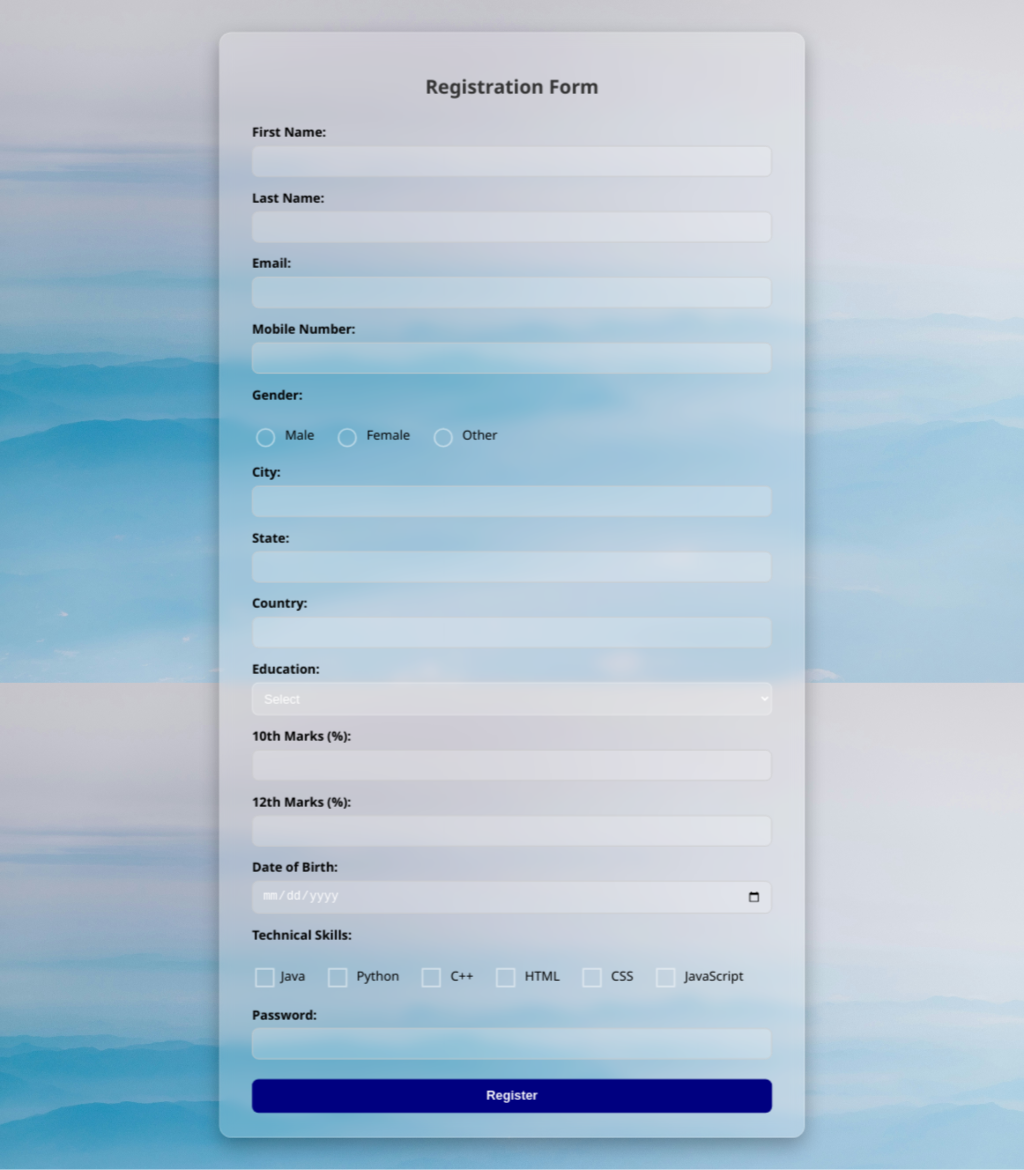
Repository: aboli-vyas/Servlet_Projects
Page: http://localhost/Sevlet_Project/Registration.html
An editor plug-in stored every save of this project. The page is shown before and after the next save, followed by the edit.
The browser window is 1280 px wide. The pictures show the whole page, at 80% of full size.
The pointer rests on the first visible `button`.
Backgrounds fixed to the window are drawn as part of the page. The page is served by Tomcat 9. Other server files are loaded and not shown.

Above is the page before, as saved 2025-06-07 04:11:30.

### Sevlet_Project/src/main/webapp/Registration.html
<!DOCTYPE html>
<html lang="en">
<head>
<meta charset="UTF-8">
<title>Registration Form</title>
<link rel="stylesheet" href="style.css">
</head>
<body>
	<form action="#" method="post">
		<div class="form-container">
			<h2>Registration Form</h2>

			<label for="firstname">First Name:</label>
			<input type="text" id="firstname" name="firstname" required>
			<label for="lastname">Last Name:</label>
			<input type="text" id="lastname" name="lastname" required>
			<label for="email">Email:</label>
			<input type="email" id="email" name="email" required>
			<label for="mobile">Mobile Number:</label>
			<input type="tel" id="mobile" name="mobile" required pattern="[0-9]{10}">
			<label>Gender:</label>
			<div class="gender">
				<label><input type="radio" name="gender" value="Male"
					required> Male</label> <label><input type="radio"
					name="gender" value="Female"> Female</label> <label><input
					type="radio" name="gender" value="Other"> Other</label>
			</div>

			<label for="city">City:</label>
			<input type="text" id="city" name="city" required>
			<label for="state">State:</label>
			<input type="text" id="state" name="state" required>
			<label for="country">Country:</label>
			<input type="text" id="country" name="country" required>
			<label for="education">Education:</label>
			<select id="education" name="education" required>
				<option value="">Select</option>
				<option value="High School">High School</option>
				<option value="Diploma">Diploma</option>
				<option value="Undergraduate">Undergraduate</option>
				<option value="Postgraduate">Postgraduate</option>
			</select>
			 <label for="tenth">10th Marks (%):</label>
			 <input type="number" id="tenth" name="tenth" required>
			 <label for="twelfth">12th Marks (%):</label>
			 <input type="number" id="twelfth" name="twelfth" required>

			<label for="dob">Date of Birth:</label>
			<input type="date" id="dob" name="dob" required>
			<label>Technical Skills:</label>
			<div class="checkbox-group">
				<label><input type="checkbox" name="skills" value="Java">Java</label> <label>
					<input type="checkbox" name="skills" value="Python"> Python</label>
					<label><input type="checkbox" name="skills" value="C++"> C++</label>
					<label><input type="checkbox" name="skills" value="HTML"> HTML</label>
					<label><input
					type="checkbox" name="skills" value="CSS"> CSS</label> <label><input
					type="checkbox" name="skills" value="JavaScript">
					JavaScript</label>
			</div>

			<label for="password">Password:</label> <input type="password"
				id="password" name="password" required>

			<button type="submit">Register</button>
		</div>
	</form>


</body>
</html>

### Sevlet_Project/src/main/webapp/style.css
body {
    font-family: 'Segoe UI', Tahoma, Geneva, Verdana, sans-serif;
    background: linear-gradient(120deg, #f6f9fc, #e0f7fa);
    background-image: url("Images/bg.jpg");
    background-size: cover;
    background-position: center;
    background-repeat: no-repeat;
    background-attachment: fixed;
    margin: 0;
    padding: 40px;
}

.form-container {
    max-width: 650px;
    margin: auto;
    padding: 30px 40px;
    border-radius: 15px;
    background-color: rgba(255, 255, 255, 0.2); /* light, soft transparency */
    color: #fff; /* Make text readable */
    box-shadow: 0 10px 25px rgba(0, 0, 0, 0.3);
    backdrop-filter: blur(8px); /* subtle blur for modern effect */
    -webkit-backdrop-filter: blur(8px); /* for Safari */
    border: 1px solid rgba(255, 255, 255, 0.3);
}

h2 {
    text-align: center;
    color: #333;
    margin-bottom: 30px;
}

form label {
    display: block;
    margin-top: 15px;
    font-weight: 600;
    color: black;
}

input[type="text"],
input[type="email"],
input[type="tel"],
input[type="number"],
input[type="date"],
input[type="password"],
select {
    width: 100%;
    padding: 10px 12px;
    margin-top: 6px;
    border: 1px solid #ccc;
    border-radius: 8px;
    box-sizing: border-box;
    font-size: 15px;
    transition: border 0.3s;
}

input:focus, select:focus {
    border-color: #00796b;
    outline: none;
}
input, select, textarea {
  background-color: rgba(255, 255, 255, 0.2);  /* semi-transparent white */
  border: 1px solid rgba(255, 255, 255, 0.4);  /* light border */
  color: #fff;                                  /* white text for readability */
  padding: 10px;
  border-radius: 8px;
  outline: none;
  font-size: 16px;
}

input::placeholder, textarea::placeholder {
  color: rgba(255, 255, 255, 0.7);             /* lighter placeholder text */
}


.gender,
.checkbox-group {
    margin-top: 8px;
    padding: 5px 0;
}

.gender label,
.checkbox-group label {
    display: inline-block;
    margin-right: 20px;
    font-weight: normal;
}

button {
    margin-top: 25px;
    width: 100%;
    padding: 12px;
    background: #3f0a9b ;
    color: white;
    border: none;
    font-size: 16px;
    font-weight: bold;
    border-radius: 8px;
    cursor: pointer;
    transition: background 0.3s;
}

button:hover {
    background: navy;
}
/* Hide native input */
input[type="checkbox"],
input[type="radio"] {
  appearance: none;
  -webkit-appearance: none;
  -moz-appearance: none;
  width: 20px;
  height: 20px;
  border: 2px solid rgba(255, 255, 255, 0.5); /* semi-transparent border */
  background-color: transparent;
  cursor: pointer;
  border-radius: 0; /* square for checkbox */
  position: relative;
  vertical-align: middle;
  margin-right: 8px;
}

/* Make radio buttons circular */
input[type="radio"] {
  border-radius: 50%;
}

/* Checked state styling */
input[type="checkbox"]:checked {
  background-color: rgba(255, 255, 255, 0.7); /* visible fill */
  border-color: rgba(255, 255, 255, 0.7);
}

/* For radio, show inner circle on checked */
input[type="radio"]:checked {
  background-color: rgba(255, 255, 255, 0.7);
  border-color: rgba(255, 255, 255, 0.7);
}

input[type="radio"]:checked::after {
  content: "";
  display: block;
  width: 10px;
  height: 10px;
  background: rgba(0, 0, 0, 0.8);
  border-radius: 50%;
  position: absolute;
  top: 4px;
  left: 4px;
}

After the next save:
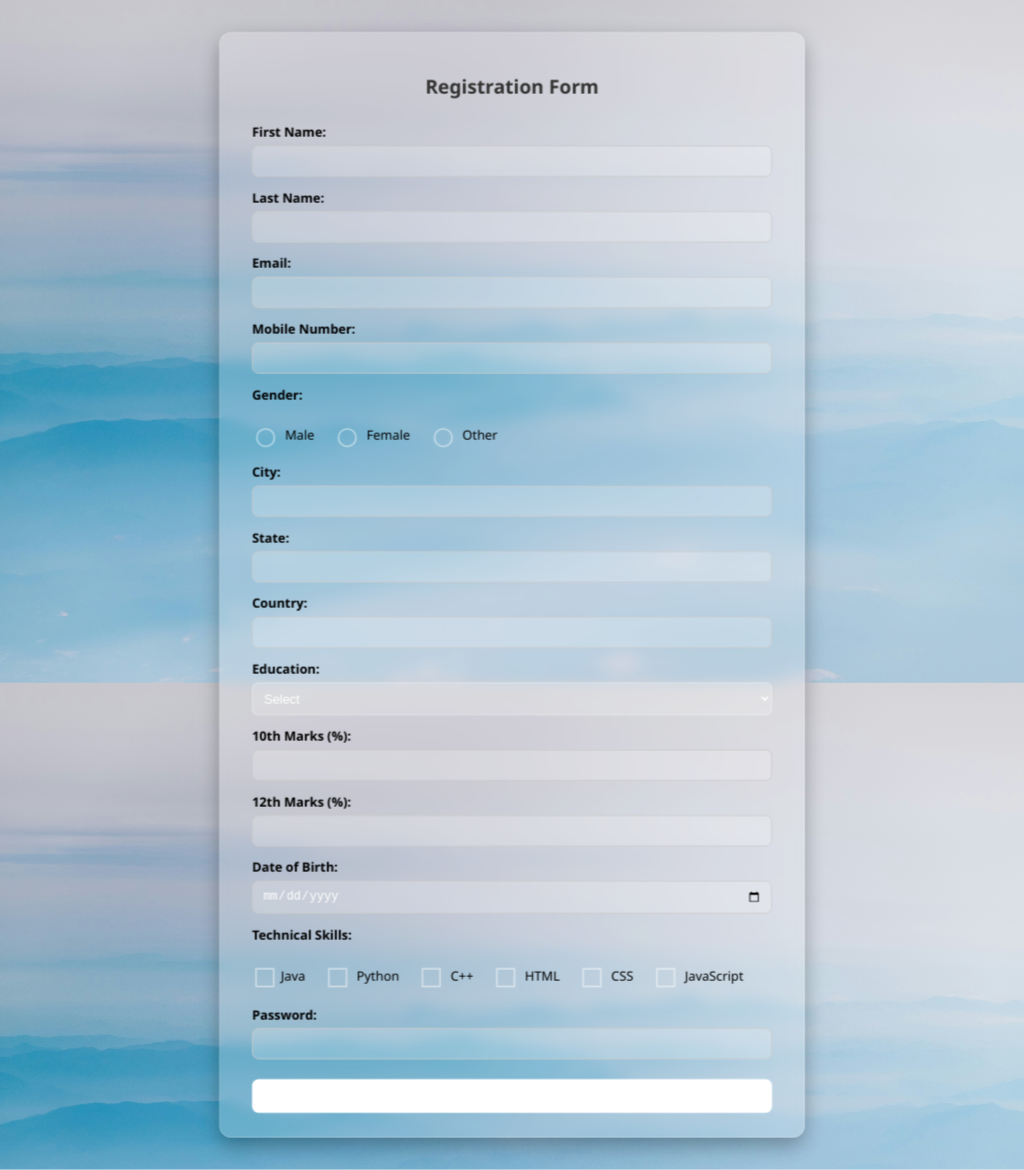
Saved 36 s later.
--- a/Sevlet_Project/src/main/webapp/style.css
+++ b/Sevlet_Project/src/main/webapp/style.css
@@ -100,7 +100,8 @@ button {
 }
 
 button:hover {
-    background: navy;
+    background: white;
+    color:
 }
 /* Hide native input */
 input[type="checkbox"],
